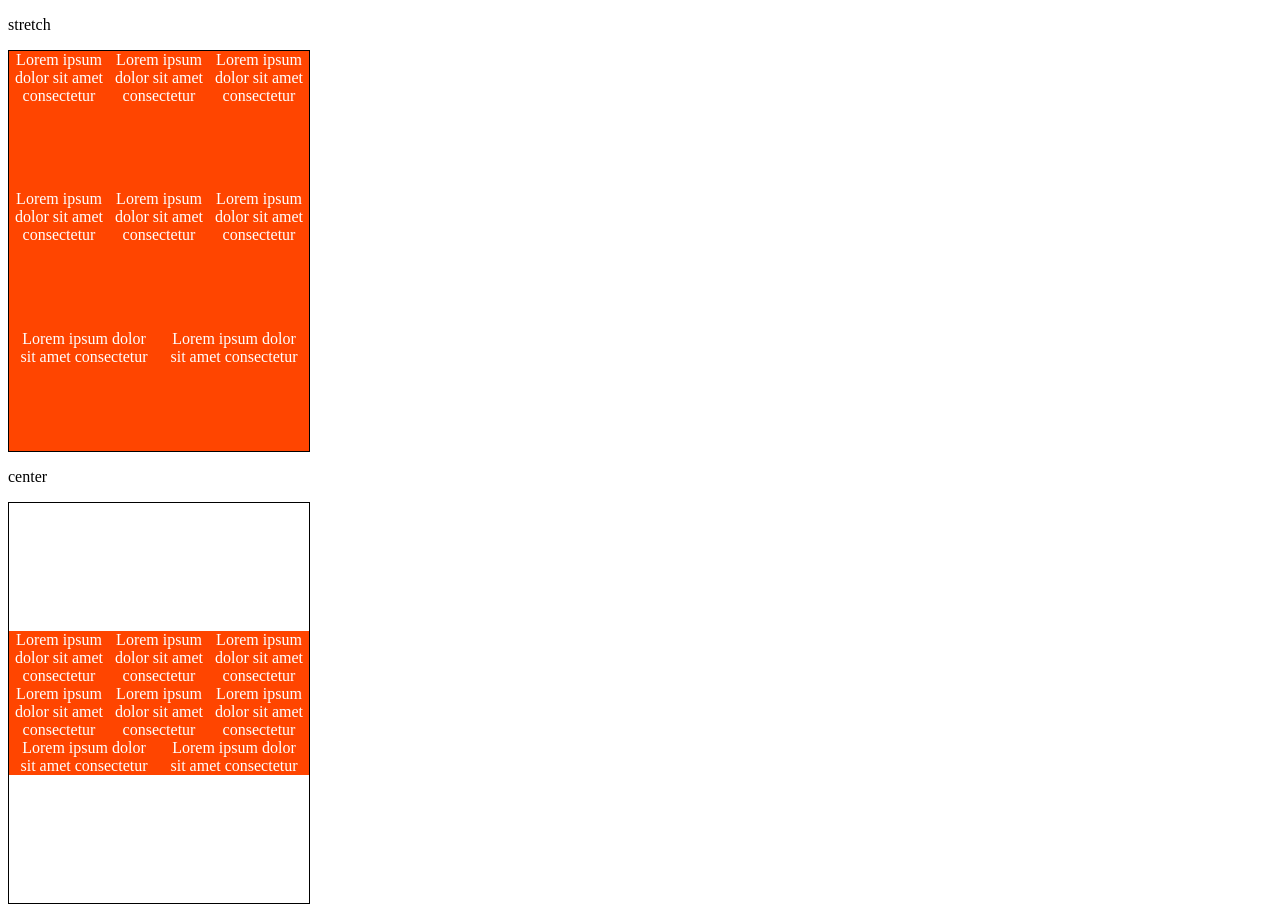
Repository: gabrielbino/projects-dio
Page: Flexbox/@align-content.html
An editor plug-in stored every save of this project. The page is shown before and after the next save, followed by the edit.
The browser window is 1280 px wide. The pictures show the whole page.

Above is the page before, as saved 2021-10-22 18:37:46.

### Flexbox/@align-content.html
<!DOCTYPE html>
<html lang="en">
  <head>
    <meta charset="UTF-8" />
    <meta name="viewport" content="width=device-width, initial-scale=1.0" />
    <title>Fundamentos - align content</title>
    <style>
      .container {
        display: flex;
        max-width: 300px;
        height: 400px;
        flex-wrap: wrap;
        border: 1px solid black;
      }

      .item {
        background-color: orangered;
        color: white;
        padding: 0 5px;
        text-align: center;
        flex: 1;
      }

      .stretch {
        align-content: stretch;
        gap: 1;
      }

      .center {
        align-content: center;
      }
    </style>
  </head>
  <body>
    <p>stretch</p>
    <div class="container stretch">
      <div class="item">Lorem ipsum dolor sit amet consectetur</div>
      <div class="item">Lorem ipsum dolor sit amet consectetur</div>
      <div class="item">Lorem ipsum dolor sit amet consectetur</div>
      <div class="item">Lorem ipsum dolor sit amet consectetur</div>
      <div class="item">Lorem ipsum dolor sit amet consectetur</div>
      <div class="item">Lorem ipsum dolor sit amet consectetur</div>
      <div class="item">Lorem ipsum dolor sit amet consectetur</div>
      <div class="item">Lorem ipsum dolor sit amet consectetur</div>
    </div>

    <p>center</p>
    <div class="container center">
      <div class="item">Lorem ipsum dolor sit amet consectetur</div>
      <div class="item">Lorem ipsum dolor sit amet consectetur</div>
      <div class="item">Lorem ipsum dolor sit amet consectetur</div>
      <div class="item">Lorem ipsum dolor sit amet consectetur</div>
      <div class="item">Lorem ipsum dolor sit amet consectetur</div>
      <div class="item">Lorem ipsum dolor sit amet consectetur</div>
      <div class="item">Lorem ipsum dolor sit amet consectetur</div>
      <div class="item">Lorem ipsum dolor sit amet consectetur</div>
    </div>
  </body>
</html>

After the next save:
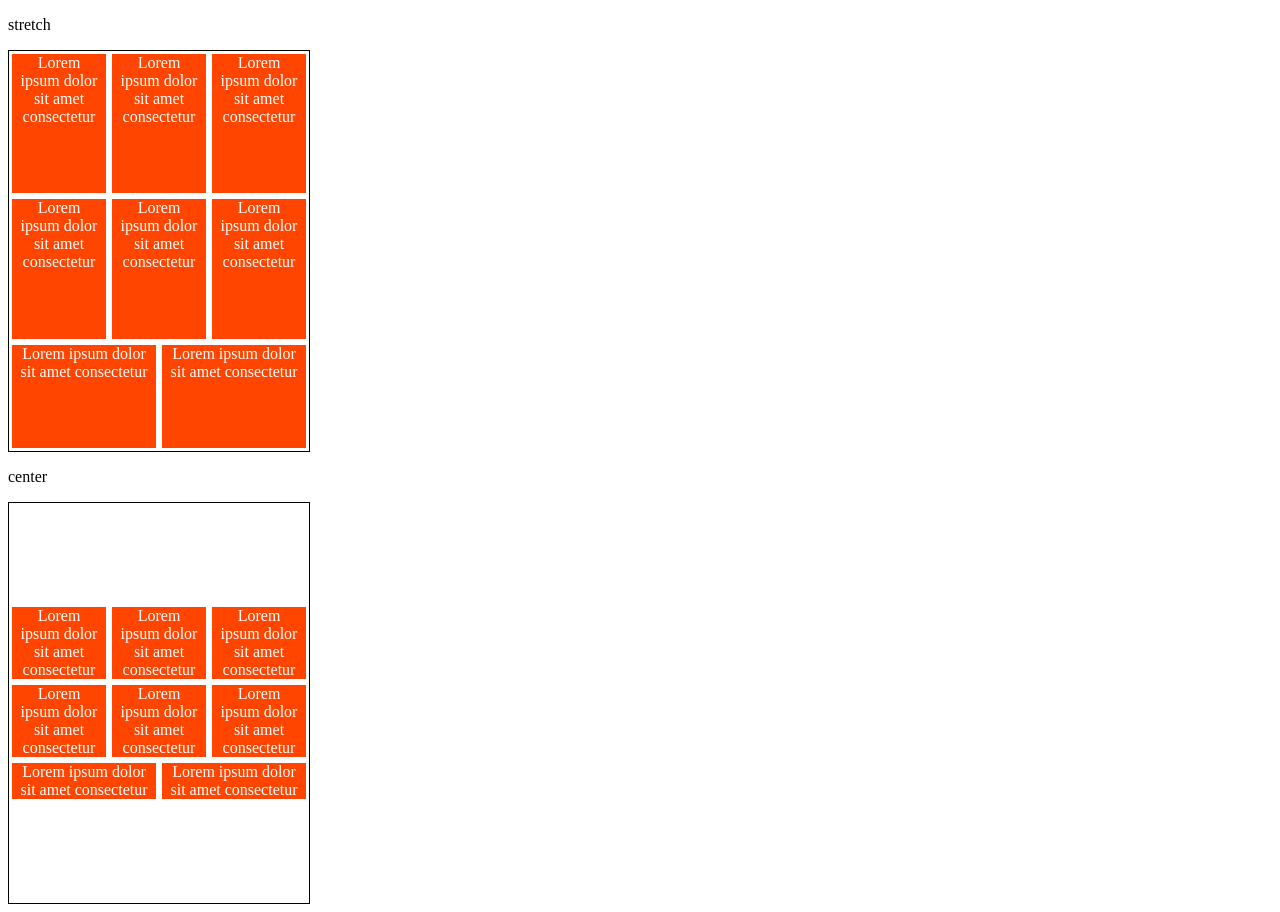
Saved 20 s later.
--- a/Flexbox/@align-content.html
+++ b/Flexbox/@align-content.html
@@ -17,13 +17,13 @@
         background-color: orangered;
         color: white;
         padding: 0 5px;
+        margin: 3px;
         text-align: center;
         flex: 1;
       }
 
       .stretch {
         align-content: stretch;
-        gap: 1;
       }
 
       .center {
